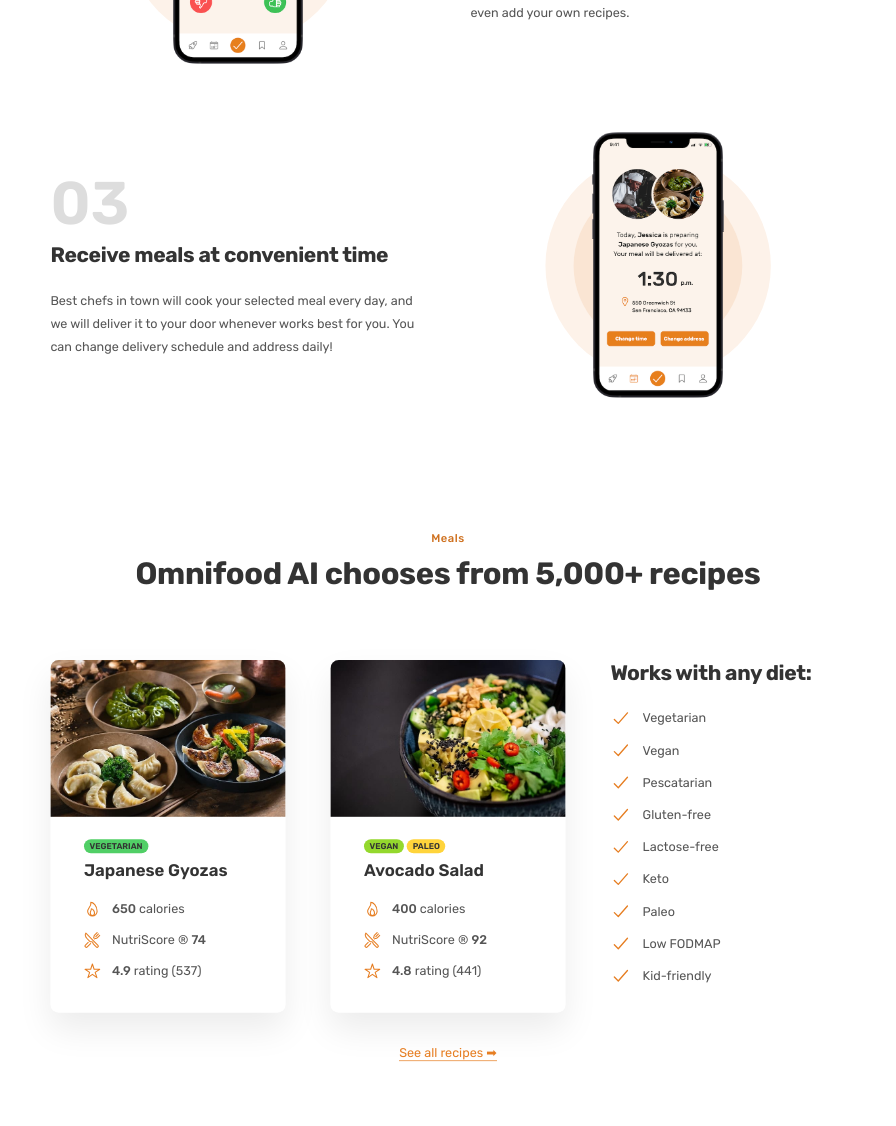
Repository: TranPhucThinh/Omnifood
Page: index.html
The author's editor kept a copy of each file at every save. The page is drawn from the files as they stood at one save, then again after the next save.
The browser window is 1280 px wide. The pictures show the part of the page from y = 1987 to 3907 px (the page is 3596 px tall before and 3907 px after), at 70% of full size.

Above is the page before, as saved 2022-08-06 00:27:22.

After the next save:
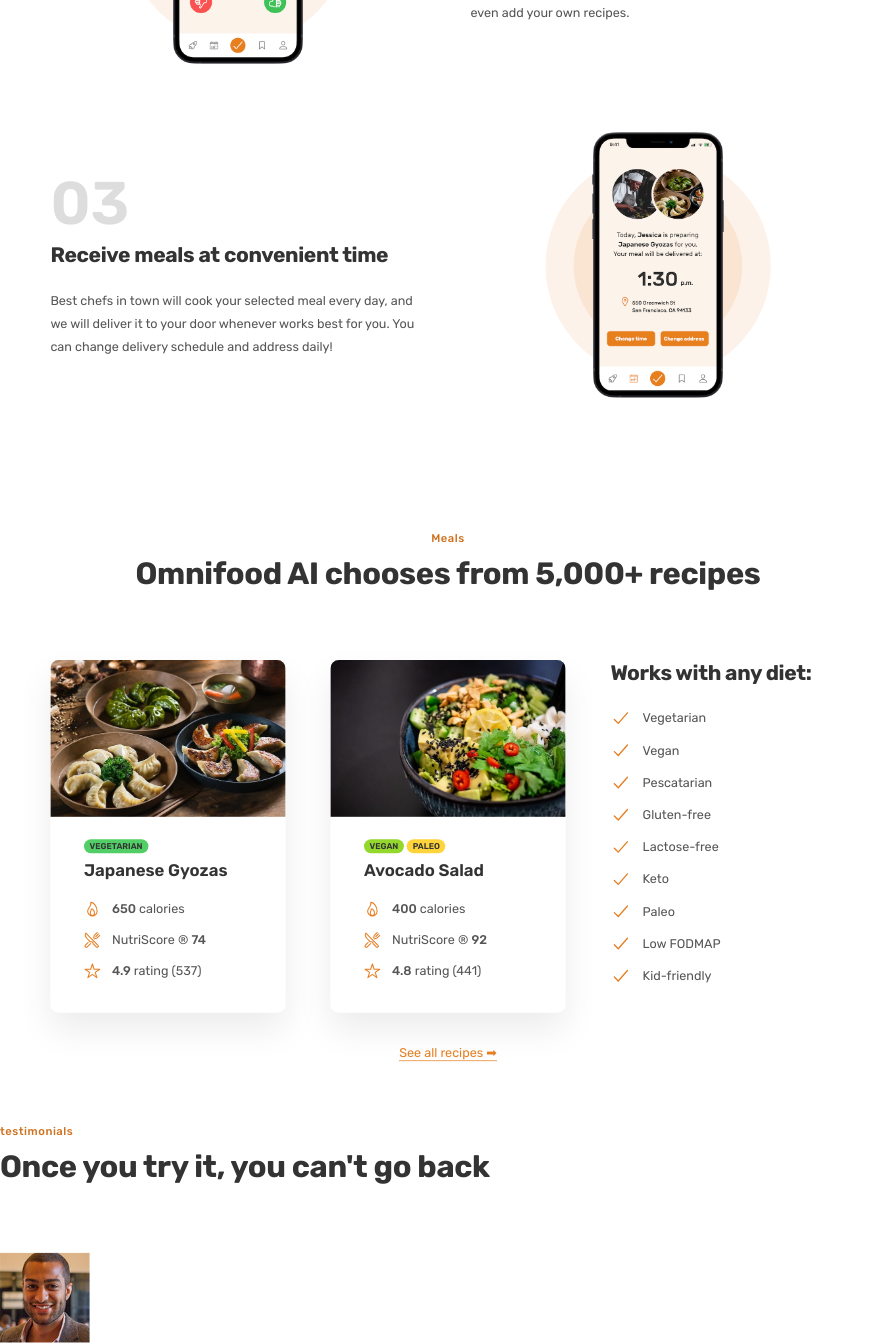
Saved 20 h 58 min later.
--- a/index.html
+++ b/index.html
@@ -241,6 +241,25 @@
     </section>
     <!-- End of SECTION MEALS -->
 
+    <!-- SECTION TESTIMONIALS -->
+    <div class="section-testimonials">
+        <div class="testimonials-container">
+            <div class="subheading">testimonials</div>
+            <div class="heading-secondary">Once you try it, you can't go back</div>
+            <div class="testimonials">
+                <div class="testimonial">
+                    <img src="./assets/imgs/customers/dave.jpg" alt="image dave" class="testimonial-img">
+                    <blockquote class="testimonial-text"></blockquote>
+                    <p class="testimonial-name"></p>
+                </div>
+            </div>
+        </div>
+        <div class="gallery">
+
+        </div>
+    </div>
+    <!-- End of SECTION TESTIMONIALS -->
+
     <script type="module" src="https://unpkg.com/ionicons@5.5.2/dist/ionicons/ionicons.esm.js"></script>
     <script nomodule src="https://unpkg.com/ionicons@5.5.2/dist/ionicons/ionicons.js"></script>
 </body>
